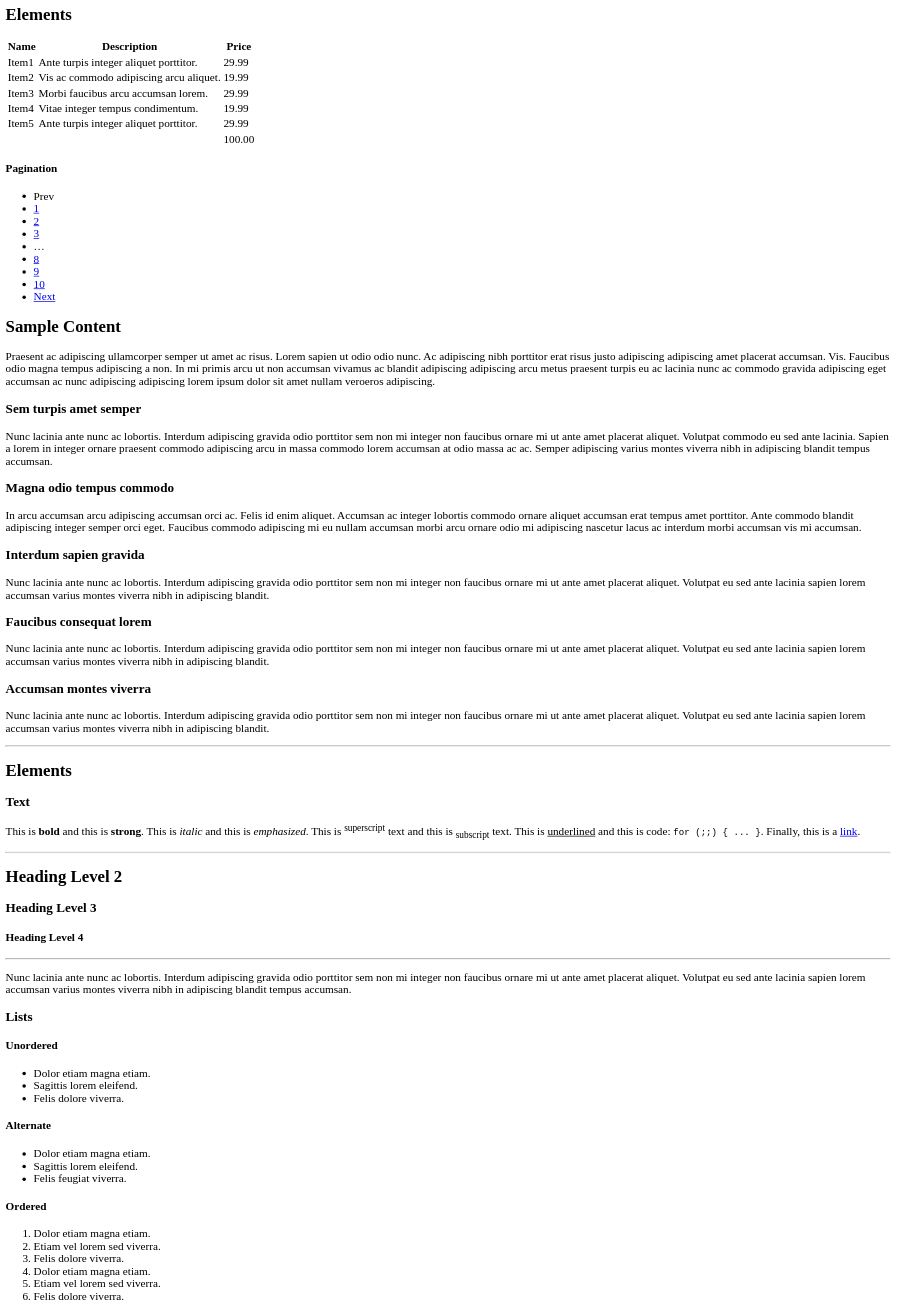
Repository: noCountJun/blog
Page: http://localhost/blogProject2/WEB-INF/views/board/boardList.jsp
An editor plug-in stored every save of this project. The page is shown before and after the next save, followed by the edit.
The browser window is 1280 px wide. The page is 1288 px wide, so the pictures cover 1288 px, including what lies to the right of the window. The pictures show the part of the page from y = 0 to 1880 px (the page is 8127 px tall before and 8179 px after), at 70% of full size.
The page is served by Tomcat 9. Nobody is signed in. Other server files are loaded and not shown. The template is opened directly, without the code that normally fills it, so the values that code supplies are empty.

Above is the page before, as saved 2019-08-21 05:17:09.

### blogProject2/src/main/webapp/WEB-INF/views/board/boardList.jsp
<%@ page contentType="text/html; charset=utf-8" pageEncoding="utf-8"%>
<%@ taglib uri="http://java.sun.com/jsp/jstl/core" prefix="c" %>
<%@ page session="false" %>

<!-- Content -->
<section>
	<header class="main">
		<h1>Elements</h1>
	</header>
<div class="table-wrapper">
						<table>
							<thead>
								<tr>
									<th>Name</th>
									<th>Description</th>
									<th>Price</th>
								</tr>
							</thead>
							<tbody>
								<tr>
									<td>Item1</td>
									<td>Ante turpis integer aliquet porttitor.</td>
									<td>29.99</td>
								</tr>
								<tr>
									<td>Item2</td>
									<td>Vis ac commodo adipiscing arcu aliquet.</td>
									<td>19.99</td>
								</tr>
								<tr>
									<td>Item3</td>
									<td> Morbi faucibus arcu accumsan lorem.</td>
									<td>29.99</td>
								</tr>
								<tr>
									<td>Item4</td>
									<td>Vitae integer tempus condimentum.</td>
									<td>19.99</td>
								</tr>
								<tr>
									<td>Item5</td>
									<td>Ante turpis integer aliquet porttitor.</td>
									<td>29.99</td>
								</tr>
							</tbody>
							<tfoot>
								<tr>
									<td colspan="2"></td>
									<td>100.00</td>
								</tr>
							</tfoot>
						</table>
					</div>

					<h4>Pagination</h4>
					<ul class="pagination">
						<li><span class="button disabled">Prev</span></li>
						<li><a href="#" class="page active">1</a></li>
						<li><a href="#" class="page">2</a></li>
						<li><a href="#" class="page">3</a></li>
						<li><span>&hellip;</span></li>
						<li><a href="#" class="page">8</a></li>
						<li><a href="#" class="page">9</a></li>
						<li><a href="#" class="page">10</a></li>
						<li><a href="#" class="button">Next</a></li>
					</ul>

	<!-- Content -->
		<h2 id="content">Sample Content</h2>
		<p>Praesent ac adipiscing ullamcorper semper ut amet ac risus. Lorem sapien ut odio odio nunc. Ac adipiscing nibh porttitor erat risus justo adipiscing adipiscing amet placerat accumsan. Vis. Faucibus odio magna tempus adipiscing a non. In mi primis arcu ut non accumsan vivamus ac blandit adipiscing adipiscing arcu metus praesent turpis eu ac lacinia nunc ac commodo gravida adipiscing eget accumsan ac nunc adipiscing adipiscing lorem ipsum dolor sit amet nullam veroeros adipiscing.</p>
		<div class="row">
			<div class="col-6 col-12-small">
				<h3>Sem turpis amet semper</h3>
				<p>Nunc lacinia ante nunc ac lobortis. Interdum adipiscing gravida odio porttitor sem non mi integer non faucibus ornare mi ut ante amet placerat aliquet. Volutpat commodo eu sed ante lacinia. Sapien a lorem in integer ornare praesent commodo adipiscing arcu in massa commodo lorem accumsan at odio massa ac ac. Semper adipiscing varius montes viverra nibh in adipiscing blandit tempus accumsan.</p>
			</div>
			<div class="col-6 col-12-small">
				<h3>Magna odio tempus commodo</h3>
				<p>In arcu accumsan arcu adipiscing accumsan orci ac. Felis id enim aliquet. Accumsan ac integer lobortis commodo ornare aliquet accumsan erat tempus amet porttitor. Ante commodo blandit adipiscing integer semper orci eget. Faucibus commodo adipiscing mi eu nullam accumsan morbi arcu ornare odio mi adipiscing nascetur lacus ac interdum morbi accumsan vis mi accumsan.</p>
			</div>
			<!-- Break -->
			<div class="col-4 col-12-medium">
				<h3>Interdum sapien gravida</h3>
				<p>Nunc lacinia ante nunc ac lobortis. Interdum adipiscing gravida odio porttitor sem non mi integer non faucibus ornare mi ut ante amet placerat aliquet. Volutpat eu sed ante lacinia sapien lorem accumsan varius montes viverra nibh in adipiscing blandit.</p>
			</div>
			<div class="col-4 col-12-medium">
				<h3>Faucibus consequat lorem</h3>
				<p>Nunc lacinia ante nunc ac lobortis. Interdum adipiscing gravida odio porttitor sem non mi integer non faucibus ornare mi ut ante amet placerat aliquet. Volutpat eu sed ante lacinia sapien lorem accumsan varius montes viverra nibh in adipiscing blandit.</p>
			</div>
			<div class="col-4 col-12-medium">
				<h3>Accumsan montes viverra</h3>
				<p>Nunc lacinia ante nunc ac lobortis. Interdum adipiscing gravida odio porttitor sem non mi integer non faucibus ornare mi ut ante amet placerat aliquet. Volutpat eu sed ante lacinia sapien lorem accumsan varius montes viverra nibh in adipiscing blandit.</p>
			</div>
		</div>

	<hr class="major" />

	<!-- Elements -->
		<h2 id="elements">Elements</h2>
		<div class="row gtr-200">
			<div class="col-6 col-12-medium">

				<!-- Text stuff -->
					<h3>Text</h3>
					<p>This is <b>bold</b> and this is <strong>strong</strong>. This is <i>italic</i> and this is <em>emphasized</em>.
					This is <sup>superscript</sup> text and this is <sub>subscript</sub> text.
					This is <u>underlined</u> and this is code: <code>for (;;) { ... }</code>.
					Finally, this is a <a href="#">link</a>.</p>
					<hr />
					<h2>Heading Level 2</h2>
					<h3>Heading Level 3</h3>
					<h4>Heading Level 4</h4>
					<hr />
					<p>Nunc lacinia ante nunc ac lobortis. Interdum adipiscing gravida odio porttitor sem non mi integer non faucibus ornare mi ut ante amet placerat aliquet. Volutpat eu sed ante lacinia sapien lorem accumsan varius montes viverra nibh in adipiscing blandit tempus accumsan.</p>

				<!-- Lists -->
					<h3>Lists</h3>
					<div class="row">
						<div class="col-6 col-12-small">

							<h4>Unordered</h4>
							<ul>
								<li>Dolor etiam magna etiam.</li>
								<li>Sagittis lorem eleifend.</li>
								<li>Felis dolore viverra.</li>
							</ul>

							<h4>Alternate</h4>
							<ul class="alt">
								<li>Dolor etiam magna etiam.</li>
								<li>Sagittis lorem eleifend.</li>
								<li>Felis feugiat viverra.</li>
							</ul>

						</div>
						<div class="col-6 col-12-small">

							<h4>Ordered</h4>
							<ol>
								<li>Dolor etiam magna etiam.</li>
								<li>Etiam vel lorem sed viverra.</li>
								<li>Felis dolore viverra.</li>
								<li>Dolor etiam magna etiam.</li>
								<li>Etiam vel lorem sed viverra.</li>
								<li>Felis dolore viverra.</li>
							</ol>

							<h4>Icons</h4>
							<ul class="icons">
								<li><a href="#" class="icon brands fa-twitter"><span class="label">Twitter</span></a></li>
								<li><a href="#" class="icon brands fa-facebook-f"><span class="label">Facebook</span></a></li>
								<li><a href="#" class="icon brands fa-instagram"><span class="label">Instagram</span></a></li>
								<li><a href="#" class="icon brands fa-github"><span class="label">Github</span></a></li>
								<li><a href="#" class="icon brands fa-dribbble"><span class="label">Dribbble</span></a></li>
								<li><a href="#" class="icon brands fa-tumblr"><span class="label">Tumblr</span></a></li>
							</ul>

						</div>
					</div>
					<h4>Definition</h4>
					<dl>
						<dt>Item1</dt>
						<dd>
							<p>Lorem ipsum dolor vestibulum ante ipsum primis in faucibus vestibulum. Blandit adipiscing eu felis iaculis volutpat ac adipiscing accumsan eu faucibus. Integer ac pellentesque praesent. Lorem ipsum dolor.</p>
						</dd>
						<dt>Item2</dt>
						<dd>
							<p>Lorem ipsum dolor vestibulum ante ipsum primis in faucibus vestibulum. Blandit adipiscing eu felis iaculis volutpat ac adipiscing accumsan eu faucibus. Integer ac pellentesque praesent. Lorem ipsum dolor.</p>
						</dd>
						<dt>Item3</dt>
						<dd>
							<p>Lorem ipsum dolor vestibulum ante ipsum primis in faucibus vestibulum. Blandit adipiscing eu felis iaculis volutpat ac adipiscing accumsan eu faucibus. Integer ac pellentesque praesent. Lorem ipsum dolor.</p>
						</dd>
					</dl>

					<h4>Actions</h4>
					<ul class="actions">
						<li><a href="#" class="button primary">Default</a></li>
						<li><a href="#" class="button">Default</a></li>
					</ul>
					<ul class="actions small">
						<li><a href="#" class="button primary small">Small</a></li>
						<li><a href="#" class="button small">Small</a></li>
					</ul>
					<div class="row">
						<div class="col-6 col-12-small">
							<ul class="actions stacked">
								<li><a href="#" class="button primary">Default</a></li>
								<li><a href="#" class="button">Default</a></li>
							</ul>
						</div>
						<div class="col-6 col-12-small">
							<ul class="actions stacked">
								<li><a href="#" class="button primary small">Small</a></li>
								<li><a href="#" class="button small">Small</a></li>
							</ul>
						</div>
						<div class="col-6 col-12-small">
							<ul class="actions stacked">
								<li><a href="#" class="button primary fit">Default</a></li>
								<li><a href="#" class="button fit">Default</a></li>
							</ul>
						</div>
						<div class="col-6 col-12-small">
							<ul class="actions stacked">
								<li><a href="#" class="button primary small fit">Small</a></li>
								<li><a href="#" class="button small fit">Small</a></li>
							</ul>
						</div>
					</div>

					<h4>Pagination</h4>
					<ul class="pagination">
						<li><span class="button disabled">Prev</span></li>
						<li><a href="#" class="page active">1</a></li>
						<li><a href="#" class="page">2</a></li>
						<li><a href="#" class="page">3</a></li>
						<li><span>&hellip;</span></li>
						<li><a href="#" class="page">8</a></li>
						<li><a href="#" class="page">9</a></li>
						<li><a href="#" class="page">10</a></li>
						<li><a href="#" class="button">Next</a></li>
					</ul>

				<!-- Blockquote -->
					<h3>Blockquote</h3>
					<blockquote>Lorem ipsum dolor vestibulum ante ipsum primis in faucibus vestibulum. Blandit adipiscing eu felis iaculis volutpat ac adipiscing accumsan eu faucibus. Integer ac pellentesque praesent. Lorem ipsum dolor. Lorem ipsum dolor vestibulum ante ipsum primis in faucibus vestibulum. Blandit adipiscing eu felis iaculis volutpat ac adipiscing accumsan eu faucibus.</blockquote>

				<!-- Table -->
					<h3>Table</h3>

					<h4>Default</h4>
					<div class="table-wrapper">
						<table>
							<thead>
								<tr>
									<th>Name</th>
									<th>Description</th>
									<th>Price</th>
								</tr>
							</thead>
							<tbody>
								<tr>
									<td>Item1</td>
									<td>Ante turpis integer aliquet porttitor.</td>
									<td>29.99</td>
								</tr>
								<tr>
									<td>Item2</td>
									<td>Vis ac commodo adipiscing arcu aliquet.</td>
									<td>19.99</td>
								</tr>
								<tr>
									<td>Item3</td>
									<td> Morbi faucibus arcu accumsan lorem.</td>
									<td>29.99</td>
								</tr>
								<tr>
									<td>Item4</td>
									<td>Vitae integer tempus condimentum.</td>
									<td>19.99</td>
								</tr>
								<tr>
									<td>Item5</td>
									<td>Ante turpis integer aliquet porttitor.</td>
									<td>29.99</td>
								</tr>
							</tbody>
							<tfoot>
								<tr>
									<td colspan="2"></td>
									<td>100.00</td>
								</tr>
							</tfoot>
						</table>
					</div>

					<h4>Alternate</h4>
					<div class="table-wrapper">
						<table class="alt">
							<thead>
								<tr>
									<th>Name</th>
									<th>Description</th>
									<th>Price</th>
								</tr>
							</thead>
							<tbody>
								<tr>
									<td>Item1</td>
									<td>Ante turpis integer aliquet porttitor.</td>
									<td>29.99</td>
								</tr>
								<tr>
									<td>Item2</td>
									<td>Vis ac commodo adipiscing arcu aliquet.</td>
									<td>19.99</td>
								</tr>
								<tr>
									<td>Item3</td>
									<td> Morbi faucibus arcu accumsan lorem.</td>
									<td>29.99</td>
								</tr>
								<tr>
									<td>Item4</td>
									<td>Vitae integer tempus condimentum.</td>
									<td>19.99</td>
								</tr>
								<tr>
									<td>Item5</td>
									<td>Ante turpis integer aliquet porttitor.</td>
									<td>29.99</td>
								</tr>
							</tbody>
							<tfoot>
								<tr>
									<td colspan="2"></td>
									<td>100.00</td>
								</tr>
							</tfoot>
						</table>
					</div>

			</div>
			<div class="col-6 col-12-medium">

				<!-- Buttons -->
					<h3>Buttons</h3>
					<ul class="actions">
						<li><a href="#" class="button primary">Primary</a></li>
						<li><a href="#" class="button">Default</a></li>
					</ul>
					<ul class="actions">
						<li><a href="#" class="button large">Large</a></li>
						<li><a href="#" class="button">Default</a></li>
						<li><a href="#" class="button small">Small</a></li>
					</ul>
					<ul class="actions">
						<li><a href="#" class="button primary large">Large</a></li>
						<li><a href="#" class="button primary">Default</a></li>
						<li><a href="#" class="button primary small">Small</a></li>
					</ul>
					<ul class="actions fit">
						<li><a href="#" class="button primary fit">Fit</a></li>
						<li><a href="#" class="button fit">Fit</a></li>
					</ul>
					<ul class="actions fit small">
						<li><a href="#" class="button primary fit small">Fit + Small</a></li>
						<li><a href="#" class="button fit small">Fit + Small</a></li>
					</ul>
					<ul class="actions">
						<li><a href="#" class="button primary icon solid fa-search">Icon</a></li>
						<li><a href="#" class="button icon solid fa-download">Icon</a></li>
					</ul>
					<ul class="actions">
						<li><span class="button primary disabled">Primary</span></li>
						<li><span class="button disabled">Default</span></li>
					</ul>

				<!-- Form -->
					<h3>Form</h3>

					<form method="post" action="#">
						<div class="row gtr-uniform">
							<div class="col-6 col-12-xsmall">
								<input type="text" name="demo-name" id="demo-name" value="" placeholder="Name" />
							</div>
							<div class="col-6 col-12-xsmall">
								<input type="email" name="demo-email" id="demo-email" value="" placeholder="Email" />
							</div>
							<!-- Break -->
							<div class="col-12">
								<select name="demo-category" id="demo-category">
									<option value="">- Category -</option>
									<option value="1">Manufacturing</option>
									<option value="1">Shipping</option>
									<option value="1">Administration</option>
									<option value="1">Human Resources</option>
								</select>
							</div>
							<!-- Break -->
							<div class="col-4 col-12-small">
								<input type="radio" id="demo-priority-low" name="demo-priority" checked>
								<label for="demo-priority-low">Low</label>
							</div>
							<div class="col-4 col-12-small">
								<input type="radio" id="demo-priority-normal" name="demo-priority">
								<label for="demo-priority-normal">Normal</label>
							</div>
							<div class="col-4 col-12-small">
								<input type="radio" id="demo-priority-high" name="demo-priority">
								<label for="demo-priority-high">High</label>
							</div>
							<!-- Break -->
							<div class="col-6 col-12-small">
								<input type="checkbox" id="demo-copy" name="demo-copy">
								<label for="demo-copy">Email me a copy</label>
							</div>
							<div class="col-6 col-12-small">
								<input type="checkbox" id="demo-human" name="demo-human" checked>
								<label for="demo-human">I am a human</label>
							</div>
							<!-- Break -->
							<div class="col-12">
								<textarea name="demo-message" id="demo-message" placeholder="Enter your message" rows="6"></textarea>
							</div>
							<!-- Break -->
							<div class="col-12">
								<ul class="actions">
									<li><input type="submit" value="Send Message" class="primary" /></li>
									<li><input type="reset" value="Reset" /></li>
								</ul>
							</div>
						</div>
					</form>

				<!-- Image -->
					<h3>Image</h3>

					<h4>Fit</h4>
					<span class="image fit"><img src="images/pic11.jpg" alt="" /></span>
					<div class="box alt">
						<div class="row gtr-50 gtr-uniform">
							<div class="col-4"><span class="image fit"><img src="images/pic01.jpg" alt="" /></span></div>
							<div class="col-4"><span class="image fit"><img src="images/pic02.jpg" alt="" /></span></div>
							<div class="col-4"><span class="image fit"><img src="images/pic03.jpg" alt="" /></span></div>
							<!-- Break -->
							<div class="col-4"><span class="image fit"><img src="images/pic03.jpg" alt="" /></span></div>
							<div class="col-4"><span class="image fit"><img src="images/pic01.jpg" alt="" /></span></div>
							<div class="col-4"><span class="image fit"><img src="images/pic02.jpg" alt="" /></span></div>
							<!-- Break -->
							<div class="col-4"><span class="image fit"><img src="images/pic02.jpg" alt="" /></span></div>
							<div class="col-4"><span class="image fit"><img src="images/pic03.jpg" alt="" /></span></div>
							<div class="col-4"><span class="image fit"><img src="images/pic01.jpg" alt="" /></span></div>
						</div>
					</div>

					<h4>Left &amp; Right</h4>
					<p><span class="image left"><img src="images/pic01.jpg" alt="" /></span>Lorem ipsum dolor sit accumsan interdum nisi, quis tincidunt felis sagittis eget. tempus euismod. Vestibulum ante ipsum primis in faucibus vestibulum. Blandit adipiscing eu felis iaculis volutpat ac adipiscing accumsan eu faucibus. Integer ac pellentesque praesent tincidunt felis sagittis eget. tempus euismod. Vestibulum ante ipsum primis sagittis eget. tempus euismod. Vestibulum ante ipsum primis in faucibus vestibulum. Blandit adipiscing eu felis iaculis volutpat ac adipiscing accumsan eu faucibus. Integer ac pellentesque praesent.</p>
					<p><span class="image right"><img src="images/pic02.jpg" alt="" /></span>Lorem ipsum dolor sit accumsan interdum nisi, quis tincidunt felis sagittis eget. tempus euismod. Vestibulum ante ipsum primis in faucibus vestibulum. Blandit adipiscing eu felis iaculis volutpat ac adipiscing accumsan eu faucibus. Integer ac pellentesque praesent tincidunt felis sagittis eget. tempus euismod. Vestibulum ante ipsum primis sagittis eget. tempus euismod. Vestibulum ante ipsum primis in faucibus vestibulum. Blandit adipiscing eu felis iaculis volutpat ac adipiscing accumsan eu faucibus. Integer ac pellentesque praesent.</p>

				<!-- Box -->
					<h3>Box</h3>
					<div class="box">
						<p>Felis sagittis eget tempus primis in faucibus vestibulum. Blandit adipiscing eu felis iaculis volutpat ac adipiscing accumsan eu faucibus. Integer ac pellentesque praesent tincidunt felis sagittis eget. tempus euismod. Magna sed etiam ante ipsum primis in faucibus vestibulum.</p>
					</div>

				<!-- Preformatted Code -->
					<h3>Preformatted</h3>
					<pre><code>i = 0;

while (!deck.isInOrder()) {
    print 'Iteration ' + i;
    deck.shuffle();
    i++;
}

print 'It took ' + i + ' iterations to sort the deck.';
</code></pre>

			</div>
		</div>

</section>

After the next save:
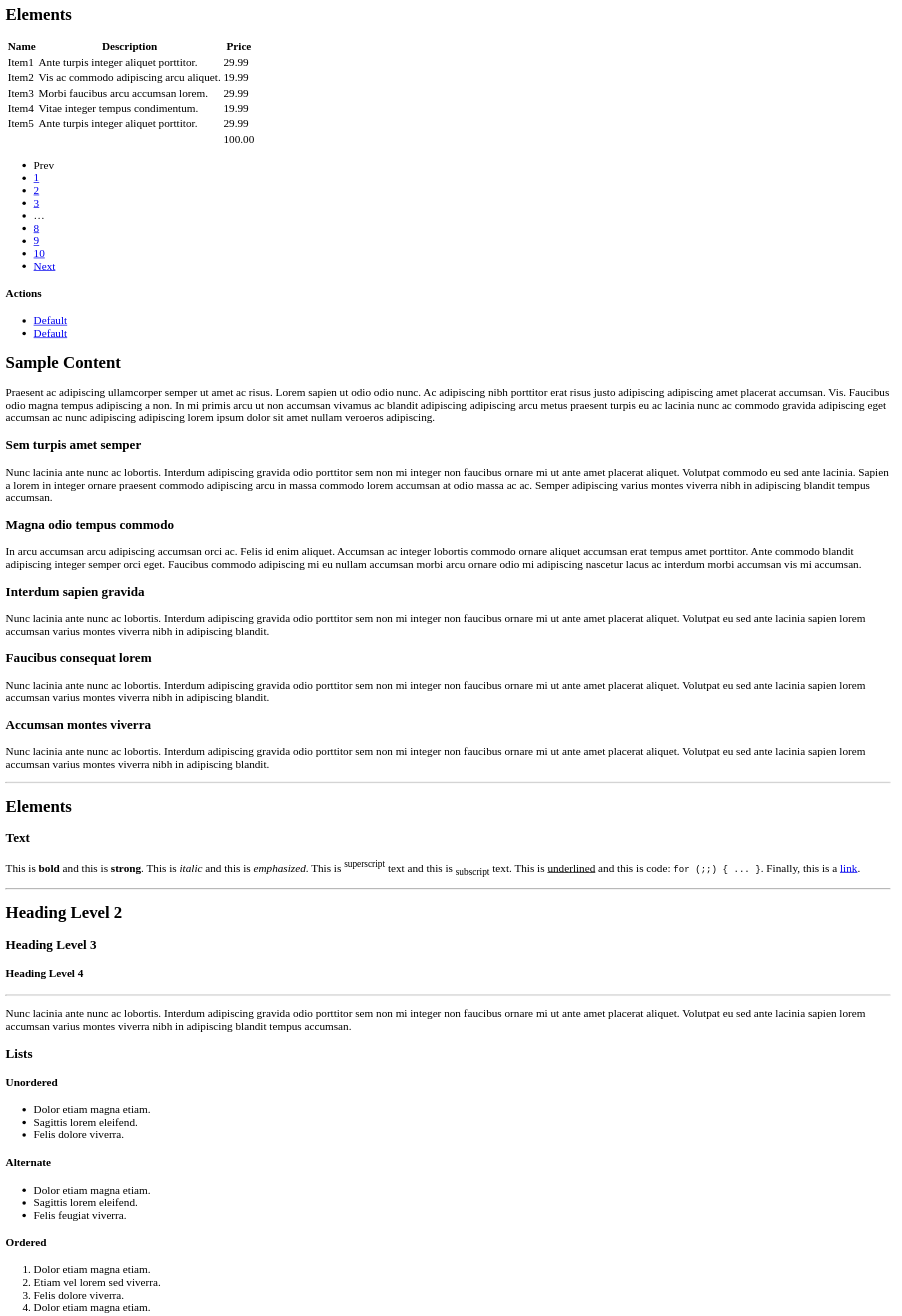
Saved 67 s later.
--- a/blogProject2/src/main/webapp/WEB-INF/views/board/boardList.jsp
+++ b/blogProject2/src/main/webapp/WEB-INF/views/board/boardList.jsp
@@ -52,7 +52,6 @@
 						</table>
 					</div>
 
-					<h4>Pagination</h4>
 					<ul class="pagination">
 						<li><span class="button disabled">Prev</span></li>
 						<li><a href="#" class="page active">1</a></li>
@@ -63,6 +62,11 @@
 						<li><a href="#" class="page">9</a></li>
 						<li><a href="#" class="page">10</a></li>
 						<li><a href="#" class="button">Next</a></li>
+					</ul>
+					<h4>Actions</h4>
+					<ul class="actions">
+						<li><a href="#" class="button primary">Default</a></li>
+						<li><a href="#" class="button">Default</a></li>
 					</ul>
 
 	<!-- Content -->
